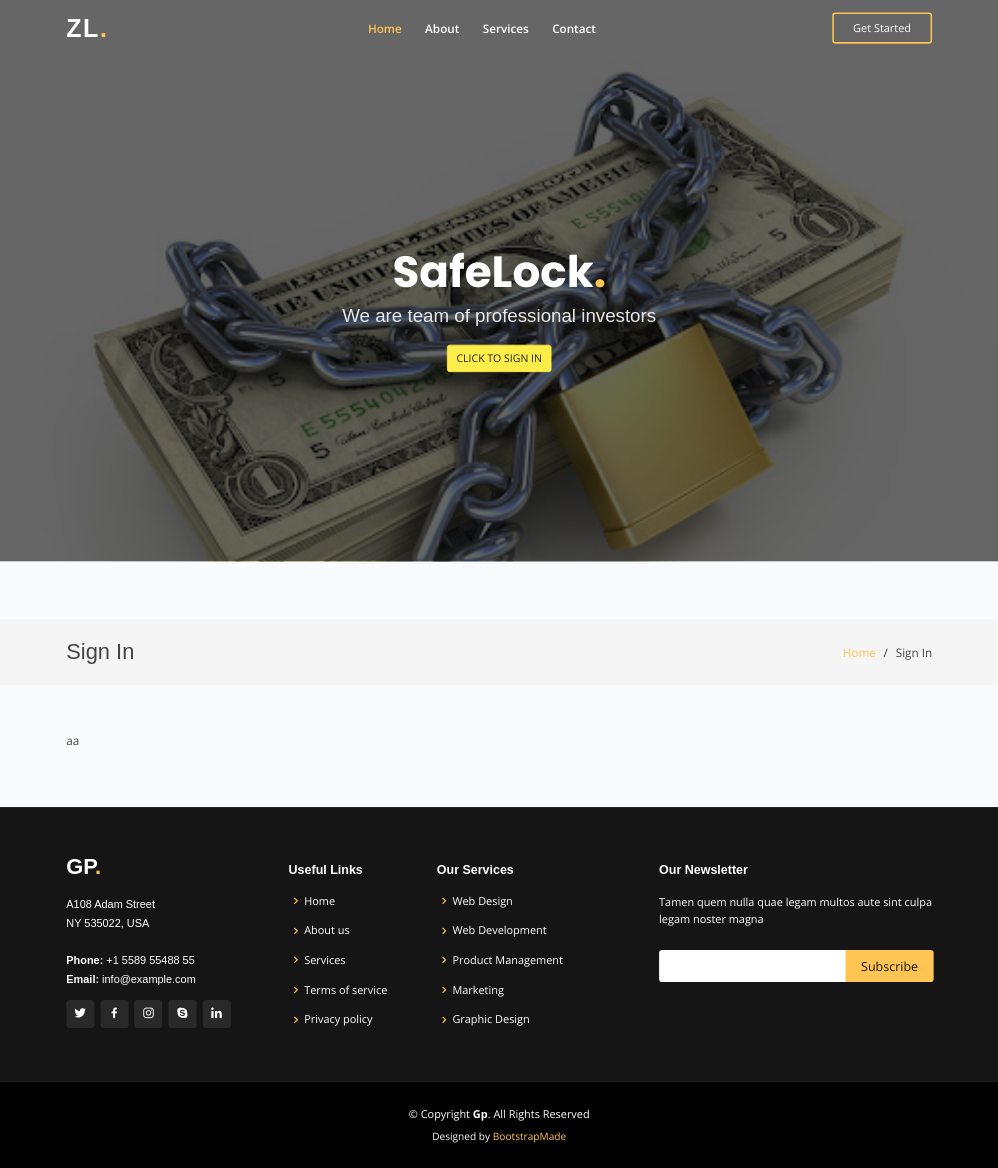
Repository: seyicoded/Zubi-Life-Ventures
Page: http://localhost/safelock
An editor plug-in stored every save of this project. The page is shown before and after the next save, followed by the edit.
The browser window is 1280 px wide. The pictures show the whole page, at 78% of full size.
Backgrounds fixed to the window are drawn as part of the page. Some web fonts or font styles are not loaded; a fallback is used. The page is served by the project's Laravel application, run on PHP 8.4 with Laravel 8. Other server files are loaded and not shown. The database holds what the project's SQL file puts in it.

Above is the page before, as saved 2021-11-12 23:00:33.

### routes/web.php
<?php

/*
|--------------------------------------------------------------------------
| Web Routes
|--------------------------------------------------------------------------
|
| Here is where you can register web routes for your application. These
| routes are loaded by the RouteServiceProvider within a group which
| contains the "web" middleware group. Now create something great!
|
*/

Route::get('/', 'Guest\Home@home');
Route::get('/sign-in', 'Guest\Home@signin');
Route::post('/sign-in', 'Guest\Home@signin_now');

// user aspect

// Admin aspect
Route::group(['namespace'=>'Admin', 'prefix' => 'admin'], function(){

    Route::get('/login', function () {
        return view('admin.signin');
    });
    Route::post('/login', 'Auth@login_admin');
    Route::post('/logout', 'Auth@logout_now');

    Route::group(['middleware'=>'admin_auth'], function(){
        Route::get('/', function () {
            return view('admin.home');
        });

        // category aspect
        Route::get('/create-category', 'Categories@create_view');
        Route::post('/create-category', 'Categories@create_now');
        Route::get('/view-category', 'Categories@view_all');
        Route::get('/edit-category/{c_id}', 'Categories@edit_view');
        Route::post('/edit-category/{c_id}', 'Categories@edit_now');

        // package aspect
        Route::get('/create-package', 'Packages@create_view');
        Route::post('/create-package', 'Packages@create_now');
        Route::get('/view-packages', 'Packages@view_packages');
        Route::get('/edit-package/{p_id}', 'Packages@edit_view');
        Route::post('/edit-package/{p_id}', 'Packages@edit_now');
        Route::get('/delete-package-other-image/{po_id}', 'Packages@delete_po_now');

        // workers
        Route::get('/create-worker', 'Workers@create_worker');
        Route::post('/create-worker', 'Workers@create_worker_now');
        Route::get('/view-workers', 'Workers@view_workers');
        Route::get('/edit-worker/{a_id}', 'Workers@edit_view');
        Route::post('/edit-worker/{a_id}', 'Workers@edit_now');

        // investors aspect
        Route::get('/create-investor', 'Investors@create_investor');
        Route::post('/create-investor', 'Investors@create_investor_now');
        Route::get('/view-investors', 'Investors@view_investors');
        Route::get('/view-investors-under/{a_id}', 'Investors@view_investors_under');
        Route::get('/edit-investor/{i_id}', 'Investors@edit_investor');
        Route::post('/edit-investor/{i_id}', 'Investors@edit_investor_now');


    });

});

// user aspect
Route::group(['namespace'=>'User'], function(){

    // bottom side for dynamic category route and it content
    Route::get('/{route_name}', 'Logic1@view_categories');
});

### app/Http/Controllers/User/Logic1.php
<?php

namespace App\Http\Controllers\User;

use Illuminate\Http\Request;
use App\Http\Controllers\Controller;
use Illuminate\Support\Facades\DB;

class Logic1 extends Controller
{
    public function view_categories($route_name){
        // echo $route_name;
        // get category information
        $cat_ = DB::select('SELECT * from category where route_name = ?', [$route_name]);
        if(count($cat_) == 0){
            return response('', 404);
        }
        $cat_dt = $cat_[0];
        $packages = DB::select('SELECT * from packages where c_id = ?', [$cat_dt->c_id]);
        return view('user.category')->with('data', ['cat' => $cat_dt, 'packages' => $packages]);
    }
}

### resources/views/user/category.blade.php
@extends('layout.app')

@section('content')
    <style>
        #hero{
            background-image: url("{{url('auto_images/category/'.$data['cat']->main_image)}}") !important;
        }
    </style>
    <!-- ======= Hero Section ======= -->
  <section id="hero" class="d-flex align-items-center justify-content-center">
    <div class="container" data-aos="fade-up">

      <div class="row justify-content-center" data-aos="fade-up" data-aos-delay="150">
        <div class="col-xl-6 col-lg-8">
            <h1>{{$data['cat']->category_name}}<span>.</span></h1>
            <h2>We are team of professional investors</h2>

            <br />
            <a name="" id="" class="btn btn-warning" href="#main" role="button">CLICK TO SIGN IN</a>
        </div>
      </div>

    </div>
  </section><!-- End Hero -->

  <main id="main">

    <!-- ======= Breadcrumbs ======= -->
    <section class="breadcrumbs">
      <div class="container">

        <div class="d-flex justify-content-between align-items-center">
          <h2>Sign In</h2>
          <ol>
            <li><a href="{{url('/')}}">Home</a></li>
            <li>Sign In</li>
          </ol>
        </div>

      </div>
    </section><!-- End Breadcrumbs -->

    <section class="inner-page">
      <div class="container">
        <p>
          aa
        </p>
      </div>
    </section>

  </main><!-- End #main -->
@endsection

### resources/views/layout/app.blade.php
<!DOCTYPE html>
<html lang="en">

<head>
  <meta charset="utf-8">
  <meta content="width=device-width, initial-scale=1.0" name="viewport">

  <title>Gp Bootstrap Template - Index</title>
  <meta content="" name="description">
  <meta content="" name="keywords">

  <!-- Favicons -->
  <link href="{{url('Gassets/img/favicon.png')}}" rel="icon">
  <link href="{{url('Gassets/img/apple-touch-icon.png')}}" rel="apple-touch-icon">

  <!-- Google Fonts -->
  <link href="https://fonts.googleapis.com/css?family=Open+Sans:300,300i,400,400i,600,600i,700,700i|Raleway:300,300i,400,400i,500,500i,600,600i,700,700i|Poppins:300,300i,400,400i,500,500i,600,600i,700,700i" rel="stylesheet">

  <!-- Vendor CSS Files -->
  <link href="{{url('Gassets/vendor/aos/aos.css')}}" rel="stylesheet">
  <link href="{{url('Gassets/vendor/bootstrap/css/bootstrap.min.css')}}" rel="stylesheet">
  <link href="{{url('Gassets/vendor/bootstrap-icons/bootstrap-icons.css')}}" rel="stylesheet">
  <link href="{{url('Gassets/vendor/boxicons/css/boxicons.min.css')}}" rel="stylesheet">
  <link href="{{url('Gassets/vendor/glightbox/css/glightbox.min.css')}}" rel="stylesheet">
  <link href="{{url('Gassets/vendor/remixicon/remixicon.css')}}" rel="stylesheet">
  <link href="{{url('Gassets/vendor/swiper/swiper-bundle.min.css')}}" rel="stylesheet">

  <!-- Template Main CSS File -->
  <link href="{{url('css/app.css')}}" rel="stylesheet">
  <link href="{{url('css/w3.css')}}" rel="stylesheet">
  <link href="{{url('Gassets/css/style.css')}}" rel="stylesheet">

  <!-- =======================================================
  * Template Name: Gp - v4.6.0
  * Template URL: https://bootstrapmade.com/gp-free-multipurpose-html-bootstrap-template/
  * Author: BootstrapMade.com
  * License: https://bootstrapmade.com/license/
  ======================================================== -->
</head>

<body>

    @include('layout.component.nav')

    @yield('content')

  @include('layout.component.footer')

  <div id="preloader"></div>
  <a href="#" class="back-to-top d-flex align-items-center justify-content-center"><i class="bi bi-arrow-up-short"></i></a>

  <!-- Vendor JS Files -->
  <script src="{{('Gassets/vendor/aos/aos.js')}}"></script>
  <script src="{{('Gassets/vendor/bootstrap/js/bootstrap.bundle.min.js')}}"></script>
  <script src="{{('Gassets/vendor/glightbox/js/glightbox.min.js')}}"></script>
  <script src="{{('Gassets/vendor/isotope-layout/isotope.pkgd.min.js')}}"></script>
  <script src="{{('Gassets/vendor/php-email-form/validate.js')}}"></script>
  <script src="{{('Gassets/vendor/purecounter/purecounter.js')}}"></script>
  <script src="{{('Gassets/vendor/swiper/swiper-bundle.min.js')}}"></script>

  <!-- Template Main JS File -->
  <script src="{{('js/app.js')}}"></script>
  <script src="{{('Gassets/js/main.js')}}"></script>

</body>

</html>

### resources/views/layout/component/nav.blade.php
<?php
    $is_signed = isset($_COOKIE[sha1('is_user_signed_in_zubi_venture')]);

?>
<!-- ======= Header ======= -->
<header id="header" class="fixed-top ">
    <div class="container d-flex align-items-center justify-content-lg-between">

      <h1 class="logo me-auto me-lg-0"><a href="{{url('/')}}">ZL<span>.</span></a></h1>
      <!-- Uncomment below if you prefer to use an image logo -->
      <!-- <a href="index.html" class="logo me-auto me-lg-0"><img src="Gassets/img/logo.png" alt="" class="img-fluid"></a>-->

      <nav id="navbar" class="navbar order-last order-lg-0">
          {{-- for un-signed users --}}
          @if (!$is_signed)
            <ul>
                <li><a class="nav-link scrollto active" href="#hero">Home</a></li>
                <li><a class="nav-link scrollto" href="#about">About</a></li>
                <li><a class="nav-link scrollto" href="#services">Services</a></li>
                <li><a class="nav-link scrollto" href="#contact">Contact</a></li>
            </ul>
          @endif

          {{-- for un-signed users --}}
          @if ($is_signed)
            <ul>
                <li><a class="nav-link scrollto active" href="#hero">Home</a></li>
                <li><a class="nav-link scrollto" href="#about">About</a></li>
                <li><a class="nav-link scrollto" href="#services">Services</a></li>
                <li><a class="nav-link scrollto" href="#contact">Contact</a></li>
                {{-- <li><a class="nav-link scrollto " href="#portfolio">Portfolio</a></li> --}}
                {{-- <li><a class="nav-link scrollto" href="#team">Team</a></li> --}}
                <li class="dropdown"><a href="#"><span>{{base64_decode($_COOKIE[(sha1('user_name_in_zubi_venture'))])}} ({{base64_decode($_COOKIE[(sha1('user_code_in_zubi_venture'))])}}) </span> <i class="bi bi-chevron-down"></i></a>
                <ul>
                    <li><a href="#">My Investments</a></li>
                    {{-- <li class="dropdown"><a href="#"><span>Deep Drop Down</span> <i class="bi bi-chevron-right"></i></a>
                    <ul>
                        <li><a href="#">Deep Drop Down 1</a></li>
                        <li><a href="#">Deep Drop Down 2</a></li>
                        <li><a href="#">Deep Drop Down 3</a></li>
                        <li><a href="#">Deep Drop Down 4</a></li>
                        <li><a href="#">Deep Drop Down 5</a></li>
                    </ul>
                    </li> --}}
                    <li><a href="#">Card Management</a></li>
                    <li><a href="#">Withdrawals</a></li>
                    <li><a href="#">Logout</a></li>
                </ul>
                </li>
            </ul>
          @endif

        <i class="bi bi-list mobile-nav-toggle"></i>
      </nav><!-- .navbar -->

      @if (!$is_signed)
      <a href="{{url('sign-in')}}" class="get-started-btn scrollto">Get Started</a>
      @endif


    </div>
  </header><!-- End Header -->

### resources/views/layout/component/footer.blade.php
<!-- ======= Footer ======= -->
<footer id="footer">
    <div class="footer-top">
      <div class="container">
        <div class="row">

          <div class="col-lg-3 col-md-6">
            <div class="footer-info">
              <h3>Gp<span>.</span></h3>
              <p>
                A108 Adam Street <br>
                NY 535022, USA<br><br>
                <strong>Phone:</strong> +1 5589 55488 55<br>
                <strong>Email:</strong> info@example.com<br>
              </p>
              <div class="social-links mt-3">
                <a href="#" class="twitter"><i class="bx bxl-twitter"></i></a>
                <a href="#" class="facebook"><i class="bx bxl-facebook"></i></a>
                <a href="#" class="instagram"><i class="bx bxl-instagram"></i></a>
                <a href="#" class="google-plus"><i class="bx bxl-skype"></i></a>
                <a href="#" class="linkedin"><i class="bx bxl-linkedin"></i></a>
              </div>
            </div>
          </div>

          <div class="col-lg-2 col-md-6 footer-links">
            <h4>Useful Links</h4>
            <ul>
              <li><i class="bx bx-chevron-right"></i> <a href="#">Home</a></li>
              <li><i class="bx bx-chevron-right"></i> <a href="#">About us</a></li>
              <li><i class="bx bx-chevron-right"></i> <a href="#">Services</a></li>
              <li><i class="bx bx-chevron-right"></i> <a href="#">Terms of service</a></li>
              <li><i class="bx bx-chevron-right"></i> <a href="#">Privacy policy</a></li>
            </ul>
          </div>

          <div class="col-lg-3 col-md-6 footer-links">
            <h4>Our Services</h4>
            <ul>
              <li><i class="bx bx-chevron-right"></i> <a href="#">Web Design</a></li>
              <li><i class="bx bx-chevron-right"></i> <a href="#">Web Development</a></li>
              <li><i class="bx bx-chevron-right"></i> <a href="#">Product Management</a></li>
              <li><i class="bx bx-chevron-right"></i> <a href="#">Marketing</a></li>
              <li><i class="bx bx-chevron-right"></i> <a href="#">Graphic Design</a></li>
            </ul>
          </div>

          <div class="col-lg-4 col-md-6 footer-newsletter">
            <h4>Our Newsletter</h4>
            <p>Tamen quem nulla quae legam multos aute sint culpa legam noster magna</p>
            <form action="" method="post">
              <input type="email" name="email"><input type="submit" value="Subscribe">
            </form>

          </div>

        </div>
      </div>
    </div>

    <div class="container">
      <div class="copyright">
        &copy; Copyright <strong><span>Gp</span></strong>. All Rights Reserved
      </div>
      <div class="credits">
        <!-- All the links in the footer should remain intact. -->
        <!-- You can delete the links only if you purchased the pro version. -->
        <!-- Licensing information: https://bootstrapmade.com/license/ -->
        <!-- Purchase the pro version with working PHP/AJAX contact form: https://bootstrapmade.com/gp-free-multipurpose-html-bootstrap-template/ -->
        Designed by <a href="https://bootstrapmade.com/">BootstrapMade</a>
      </div>
    </div>
  </footer><!-- End Footer -->

### database/zubi_venture 12:11:2021 lastest.sql (the tables this page reads)
CREATE TABLE `packages` (
  `p_id` int(11) NOT NULL,
  `c_id` int(11) NOT NULL,
  `p_name` text NOT NULL,
  `p_route_name` text NOT NULL,
  `p_desc` longblob NOT NULL,
  `p_image` text NOT NULL,
  `duration` int(11) NOT NULL COMMENT 'in days',
  `amount_type` int(11) NOT NULL DEFAULT 1,
  `amount_one` int(11) NOT NULL,
  `amount_two` int(11) NOT NULL,
  `currency` varchar(7600) NOT NULL DEFAULT 'NGN',
  `status` int(1) NOT NULL DEFAULT 1,
  `date_updated` timestamp NOT NULL DEFAULT current_timestamp() ON UPDATE current_timestamp(),
  `date_created` timestamp NOT NULL DEFAULT current_timestamp()
) ENGINE=InnoDB DEFAULT CHARSET=utf8mb4;

INSERT INTO `packages` (`p_id`, `c_id`, `p_name`, `p_route_name`, `p_desc`, `p_image`, `duration`, `amount_type`, `amount_one`, `amount_two`, `currency`, `status`, `date_updated`, `date_created`) VALUES
(16, 4, 'Beverages', 'beverages', 0x42657665726167657320697320617765736f6d652069206775657373, '1635581754.jpeg', 90, 1, 200, 0, 'NGN', 1, '2021-10-30 09:27:50', '2021-10-30 08:15:54');

ALTER TABLE `packages`
  ADD PRIMARY KEY (`p_id`);

ALTER TABLE `packages`
  MODIFY `p_id` int(11) NOT NULL AUTO_INCREMENT, AUTO_INCREMENT=17;

### database/zubi_venture.sql (the tables this page reads)
CREATE TABLE `category` (
  `c_id` int(11) NOT NULL,
  `route_name` varchar(760) NOT NULL,
  `category_name` text NOT NULL,
  `icon_name` text,
  `mini_desc` text NOT NULL,
  `main_image` text NOT NULL,
  `status` int(11) NOT NULL DEFAULT '1',
  `date` timestamp NOT NULL DEFAULT CURRENT_TIMESTAMP ON UPDATE CURRENT_TIMESTAMP
) ENGINE=InnoDB DEFAULT CHARSET=latin1;

INSERT INTO `category` (`c_id`, `route_name`, `category_name`, `icon_name`, `mini_desc`, `main_image`, `status`, `date`) VALUES
(1, 'furnitures', 'Furnitures', 'ri-bookmark-3-line', 'furnitures descriptions', '1634779586.jpeg', 1, '2021-10-21 23:01:23'),
(2, 'land-and-housing', 'Land & Housing', 'ri-home-smile-fill', 'land and housing', '1634857508.png', 1, '2021-10-21 23:05:23'),
(3, 'electronics', 'Electronics', 'ri-macbook-fill', 'electronics', '1634857634.png', 1, '2021-10-21 23:07:14'),
(4, 'food-stock', 'Food Stock', 'ri-capsule-fill', 'food stuff', '1634858506.png', 1, '2021-10-21 23:21:46'),
(5, 'safelock', 'SafeLock', 'ri-rotate-lock-fill', 'safe lock', '1634858685.png', 1, '2021-10-21 23:24:45');

ALTER TABLE `category`
  ADD PRIMARY KEY (`c_id`),
  ADD UNIQUE KEY `route_name` (`route_name`);

ALTER TABLE `category`
  MODIFY `c_id` int(11) NOT NULL AUTO_INCREMENT, AUTO_INCREMENT=6;

Loaded but not shown: app/Http/Controllers/Controller.php (common file); public/css/app.css (library); public/css/w3.css (library); public/js/app.js (library); public/Gassets/js/main.js (287 lines, source omitted); public/Gassets/css/style.css (1347 lines, source omitted)

After the next save:
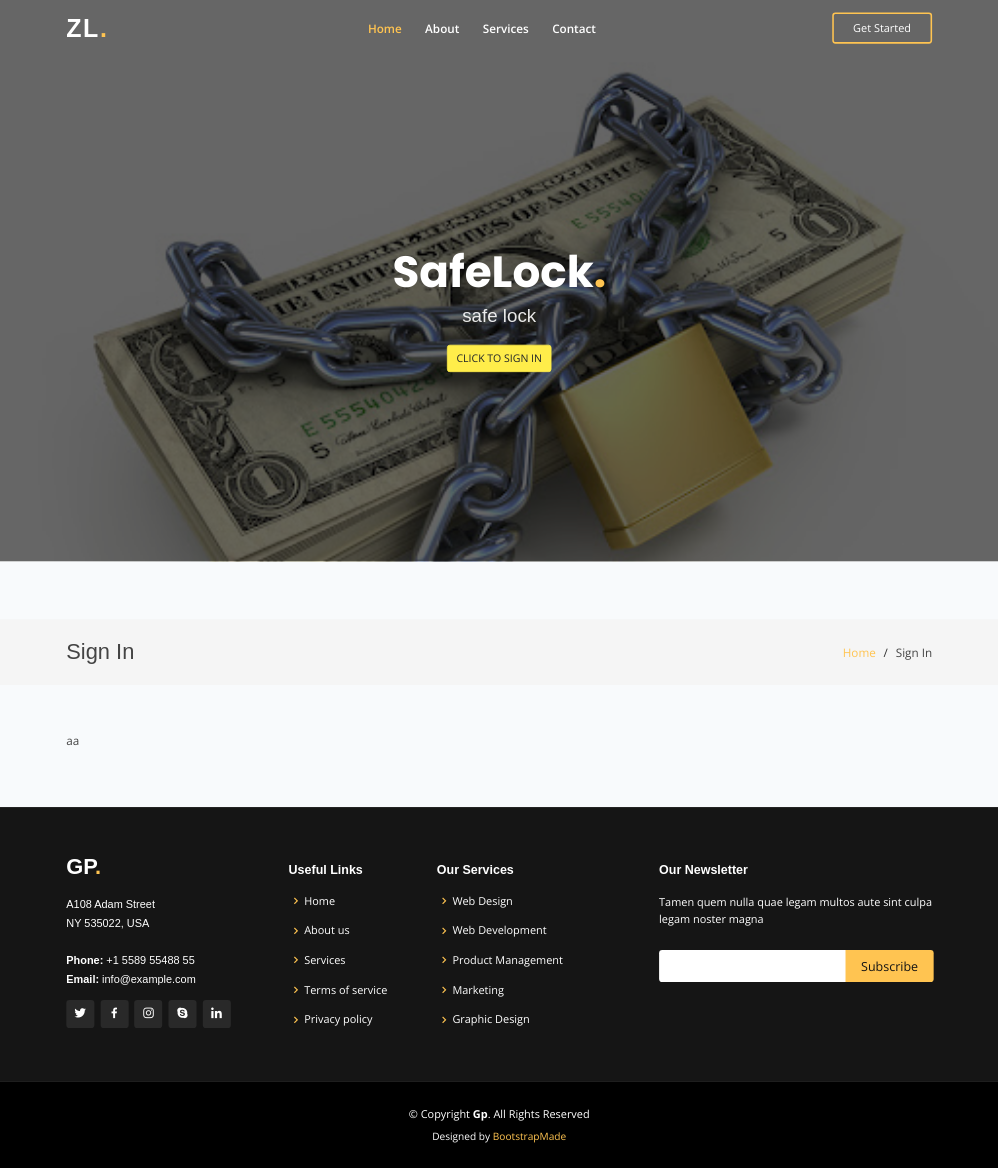
Saved 36 s later.
--- a/resources/views/user/category.blade.php
+++ b/resources/views/user/category.blade.php
@@ -13,7 +13,7 @@
       <div class="row justify-content-center" data-aos="fade-up" data-aos-delay="150">
         <div class="col-xl-6 col-lg-8">
             <h1>{{$data['cat']->category_name}}<span>.</span></h1>
-            <h2>We are team of professional investors</h2>
+            <h2>{{$data['cat']->mini_desc}}</h2>
 
             <br />
             <a name="" id="" class="btn btn-warning" href="#main" role="button">CLICK TO SIGN IN</a>
